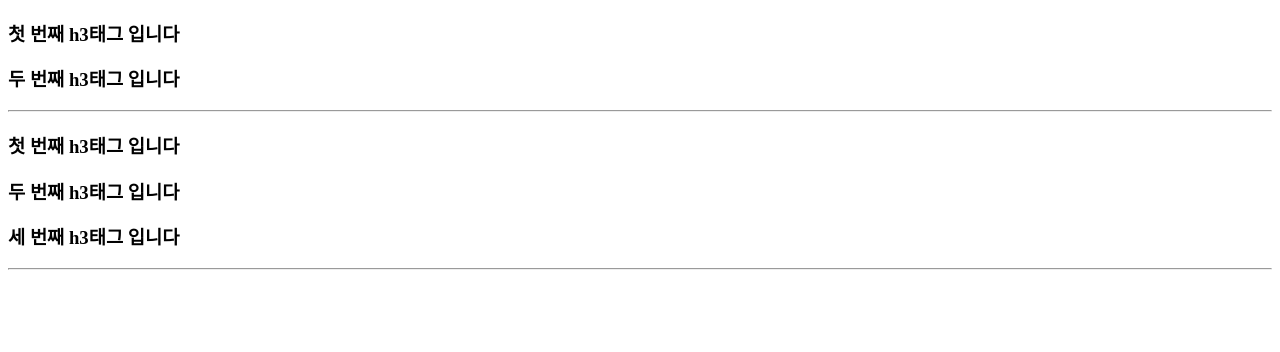
Repository: HyoJun00/Vue_JS
Page: Component/src/main/webapp/index.html
These files come from the project's save history. The page is drawn as it stood at one moment and after the next save; the edit follows.
The browser window is 1280 px wide. The pictures show the whole page.

Above is the page before, as saved 2025-07-15 05:44:43.

### Component/src/main/webapp/index.html
<!DOCTYPE html>
<html>
<head>
<meta charset="UTF-8">
<title>Insert title here</title>
<script src="https://cdn.jsdelivr.net/npm/vue@2"></script>
<script>
	Vue.component('component1', {
		template : '<div>'
				 + '<h3>첫 번째 h3태그 입니다</h3>'
				 + '<h3>두 번째 h3태그 입니다</h3>'
				 + '</div>'
	})

	Vue.component('component2', {
		template : '<h3>세 번째 h3태그 입니다</h3>'
	})

	window.onload = function(){
		var test1 = new Vue({
			el : '#test1'
		})

		var test2 = new Vue({
			el : '#test2'
		})

		var test3 = new Vue({
			el : '#test3',
			components : {
				'component3' : {
					template : '<h3>네 번째 h3태그 입니다</h3>'
				}
			}
		})
	}
</script>
</head>
<body>
	<div id="test1">
		<component1></component1>
	</div>
	<hr/>
	<div id="test2">
		<component1></component1>
		<component2></component2>
	</div>
	<hr/>
</body>
</html>

After the next save:
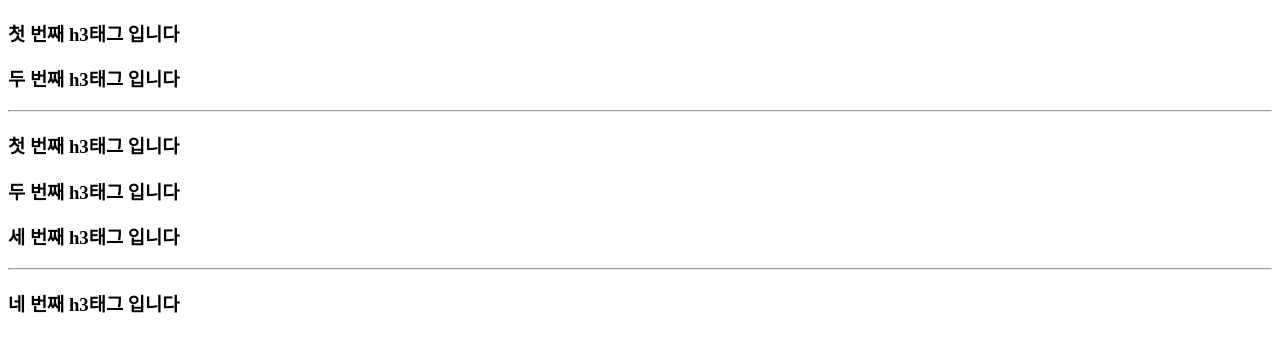
Saved 29 s later.
--- a/Component/src/main/webapp/index.html
+++ b/Component/src/main/webapp/index.html
@@ -46,5 +46,8 @@
 		<component2></component2>
 	</div>
 	<hr/>
+	<div id="test3">
+		<component3></component3>
+	</div>
 </body>
 </html>
